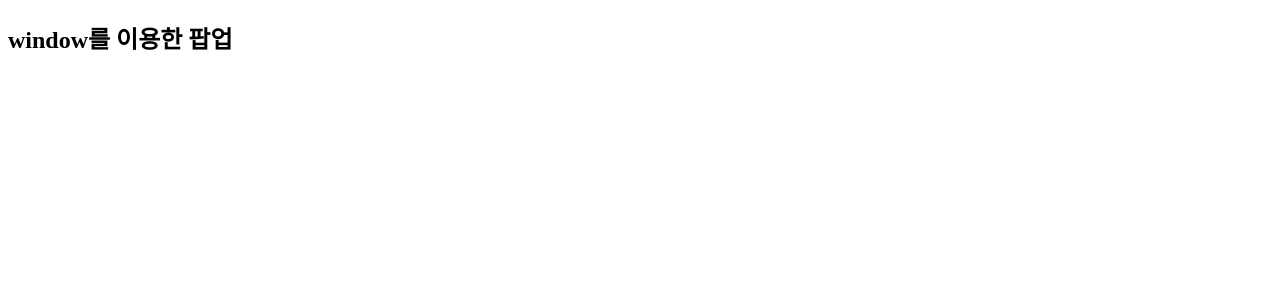
Repository: wjsjsn/23_webstudy
Page: 03_javascript/src/main/webapp/day03/Ex06_window.html
The author's editor kept a copy of each file at every save. The page is drawn from the files as they stood at one save, then again after the next save.
The browser window is 1280 px wide. The pictures show the whole page.

Above is the page before, as saved 2023-06-29 03:56:19.

After the next save:
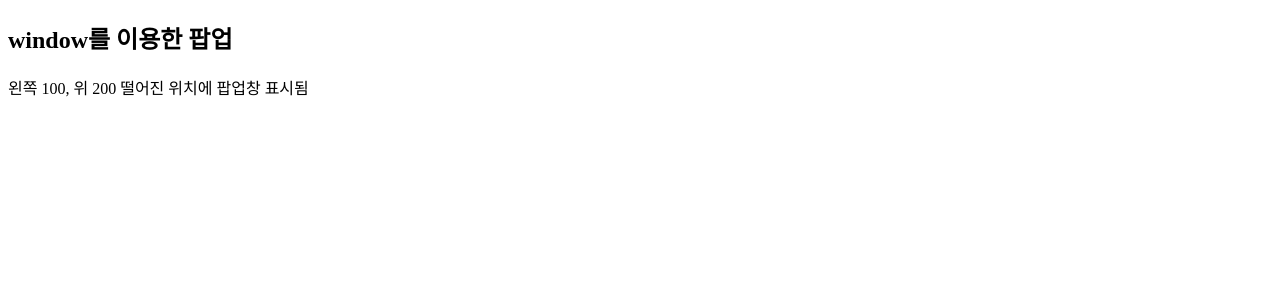
Saved 44 s later.
--- a/03_javascript/src/main/webapp/day03/Ex06_window.html
+++ b/03_javascript/src/main/webapp/day03/Ex06_window.html
@@ -27,5 +27,6 @@
 </head>
 <body>
 	<h2>window를 이용한 팝업</h2>
+	<p>왼쪽 100, 위 200 떨어진 위치에 팝업창 표시됨</p>
 </body>
 </html>
